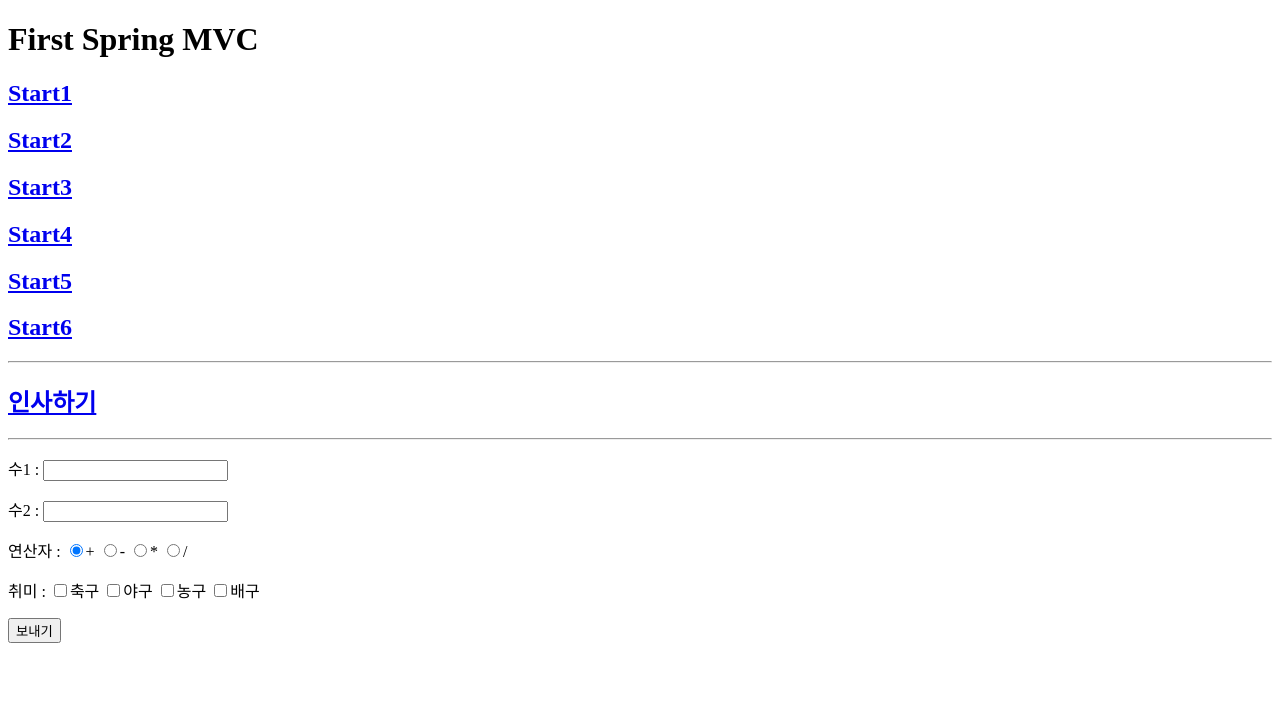
Repository: Developer120000/spring_mvc_study
Page: http://localhost/spring_mvc02/
These files come from the project's save history. The page is drawn as it stood at one moment and after the next save; the edit follows.
The browser window is 1280 px wide. The pictures show the whole page.
The page is served by Tomcat 9. Other server files are loaded and not shown.

Above is the page before, as saved 2024-03-20 00:36:36.

### spring_mvc02/src/main/webapp/WEB-INF/views/index.jsp
<%@ page language="java" contentType="text/html; charset=UTF-8"
    pageEncoding="UTF-8"%>
<!DOCTYPE html>
<html>
<head>
<meta charset="UTF-8">
<title>Insert title here</title>
</head>
<body>
	<h1>First Spring MVC</h1>
	<!-- 확장자가 .do 이름 이므로 web.xml 에서 지정한 servlet-context.xml (DispatcherServlet) 으로 간다 -->
	<h2><a href="start1.do">Start1</a></h2>
	<h2><a href="start2.do">Start2</a></h2>
	<h2><a href="start3.do">Start3</a></h2>
	<h2><a href="start4.do">Start4</a></h2>
	<h2><a href="start5.do">Start5</a></h2>
	<h2><a href="start6.do">Start6</a></h2>
	<hr>

	<h2><a href="hello.do">인사하기</a></h2>
	<hr>
	<form action="calc.do" method="post">
		<p>수1 : <input type="number" size="15" name="s1" required></p>
		<p>수2 : <input type="number" size="15" name="s2" required></p>
		<p>연산자 :
			<input type="radio" name="op" value="+" checked>+
			<input type="radio" name="op" value="-">-
			<input type="radio" name="op" value="*">*
			<input type="radio" name="op" value="/">/
		</p>
		<p>취미 :
			<input type="checkbox" name="hobby" value="축구">축구
			<input type="checkbox" name="hobby" value="야구">야구
			<input type="checkbox" name="hobby" value="농구">농구
			<input type="checkbox" name="hobby" value="배구">배구
		</p>
		<input type="hidden" name="cPage" value="2">
		<input type="submit" value="보내기">
	</form>
</body>
</html>

After the next save:
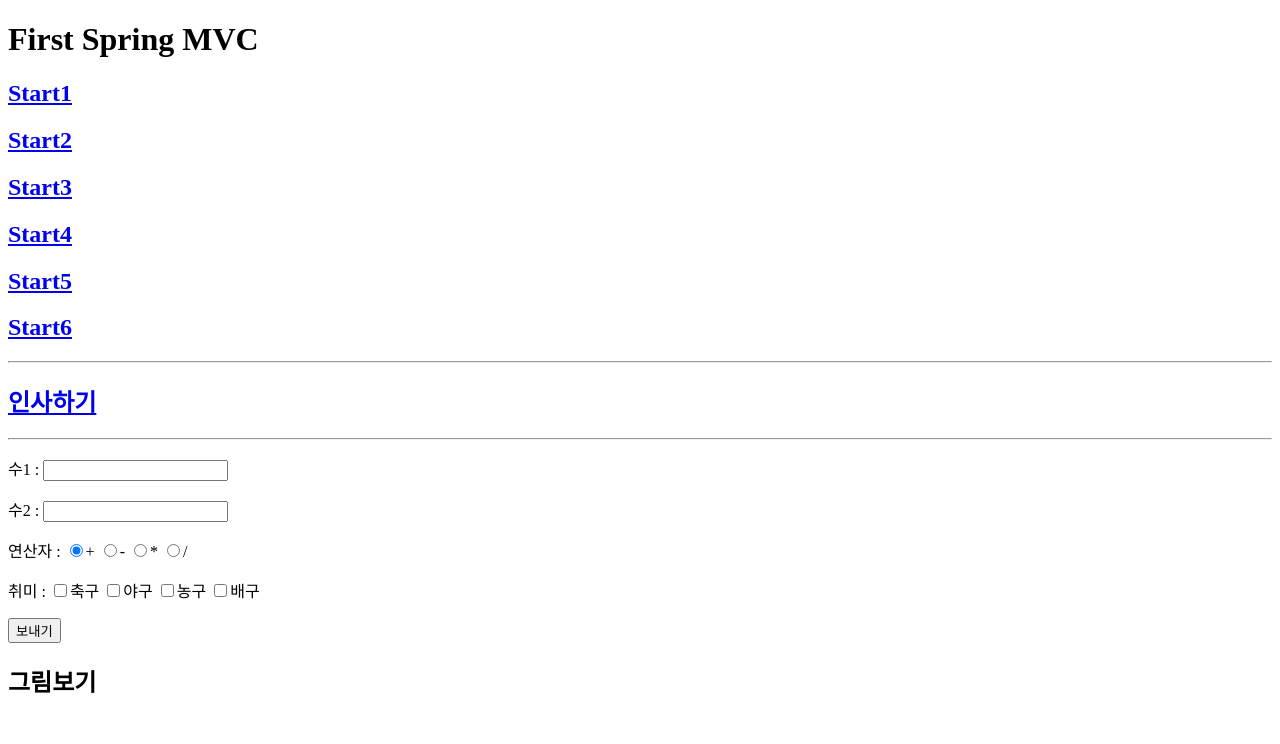
Saved 4 min 11 s later.
--- a/spring_mvc02/src/main/webapp/WEB-INF/views/index.jsp
+++ b/spring_mvc02/src/main/webapp/WEB-INF/views/index.jsp
@@ -37,5 +37,8 @@
 		<input type="hidden" name="cPage" value="2">
 		<input type="submit" value="보내기">
 	</form>
+	<h2>그림보기</h2>
+	<img alt="" src="" style="width: 100px;">
+
 </body>
 </html>
